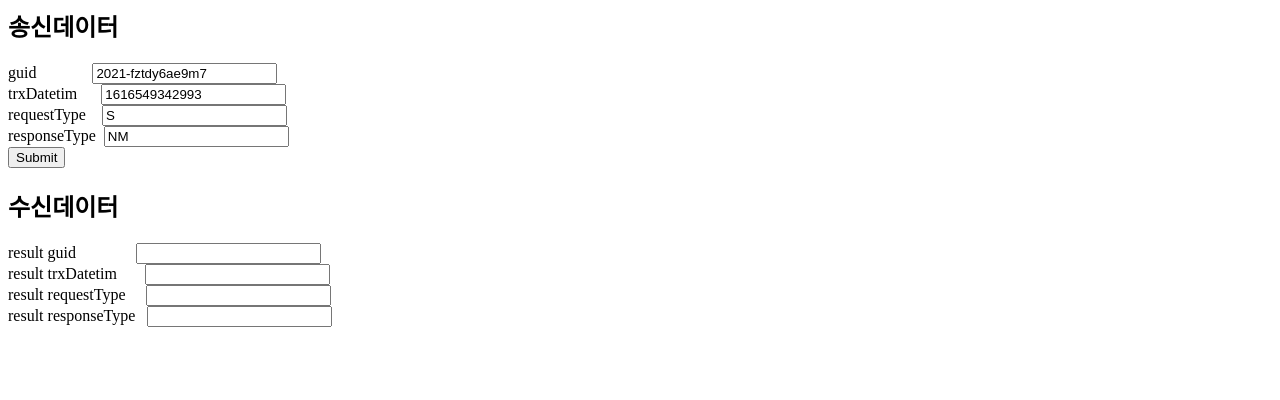
Repository: kchan75/kakaobank
Page: inserver/src/main/resources/static/index.html
An editor plug-in stored every save of this project. The page is shown before and after the next save, followed by the edit.
The browser window is 1280 px wide. The pictures show the whole page.

Above is the page before, as saved 2021-03-24 09:47:26.
Console error: SyntaxError: missing ) after argument list

### inserver/src/main/resources/static/index.html
<html>
<head>
<title>test</title>
<script language="javascript">
	function setData(){
		  var time= new Date(); //시간받기위해서 new date
		  document.getElementById("trxDatetim").value=time.getTime();
		  document.getElementById("guid").value=time.getFullYear() + "-"+  Math.random().toString(36).substr(2,11);
		}
</script>
</head>

<body >
	<h2>송신데이터</h2>
	<div id="sendCommon"></div>
	<div id="sendbiz"></div>


	<form id="formElem">
		<label> guid&nbsp; &nbsp; &nbsp; &nbsp; &nbsp;&nbsp; &nbsp;&nbsp; </label><input type="text" name="guid" id="guid" value="2021-fztdy6ae9m7">
		<br/>
		<label> trxDatetim &nbsp; &nbsp;&nbsp; </label> <input type="text" name="trxDatetim" id="trxDatetim" value="1616549342993">
		<br/>
		<label> requestType&nbsp; &nbsp; </label> <input type="text" name="requestType" value="S">
		<br/>
		<label> responseType&nbsp;  </label> <input type="text" name="responseType" value="NM">
		<br/>
		<input type="submit" onclick="setData()">
	</form>

	<h2>수신데이터</h2>
	<div id="resCommon"></div>
	<div id="resBiz"></div>
	<div id="resBizout"></div>
	<form id="formElem2">
		<label> result guid&nbsp;&nbsp;&nbsp;&nbsp;&nbsp;&nbsp; &nbsp; &nbsp; &nbsp;&nbsp;&nbsp;&nbsp;</label><input type="text" name="rGuid" id="rGuid" value="">
		<br/>
		<label> result trxDatetim &nbsp;&nbsp;&nbsp;&nbsp;&nbsp;</label> <input type="text" name="rTrxDatetim" id="rTrxDatetim" value="">
		<br/>
		<label> result requestType &nbsp; &nbsp; </label> <input type="text" name="rRequestType" id="rRequestType" >
		<br/>
		<label> result responseType &nbsp;  </label> <input type="text" name="rResponseType" id="rResponseType">
		<br/>
	</form>

</body>

<script>
    formElem.onsubmit = async (e) => {
      e.preventDefault();
      var form = document.querySelector("#formElem");
     // var form = document.forms[0];


        data = {
          "common":
          {
        	  guid : form.querySelector('input[name="guid"]').value,
        	  trxDatetim : form.querySelector('input[name="trxDatetim"]').value,
        	  requestType : form.querySelector('input[name="requestType"]').value,
        	  responseType : form.querySelector('input[name="responseType"]').value
          },
	      "biz":
	      {
	      	  service : "testService",
	      	  inputData : "INDATA",
	      	  outputData : "OUTDATA"
	      }
        }
		document.querySelector("#sendCommon").innerText=JSON.stringify(data.common)
		document.querySelector("#sendBiz").innerText=JSON.stringify(data.biz)

        let response = fetch('http://'$In.host$':8080/kchan', {
                method: 'POST', // or 'PUT'
                headers: {
                    'Content-Type': 'application/json',
                    'Access-Control-Allow-Origin':'*'
                },
                body: JSON.stringify(data),
        }).then(response => response.json())
          .then(data => {
        	  //document.querySelector("#div").innerHTML = data;
        	  //console.log(data.common.guid);
        	  //console.log(data.common.trxDatetim);
        	  //console.log(data.common.requestType);
        	  //console.log(data.common.responseType);
        	  document.getElementById("rGuid").value=data.common.guid
        	  document.getElementById("rTrxDatetim").value=data.common.trxDatetim
        	  document.getElementById("rRequestType").value=data.common.requestType
        	  document.getElementById("rResponseType").value=data.common.responseType
        	  document.querySelector("#resCommon").innerText=JSON.stringify(data.common)
        	  //document.querySelector("#resBiz").innerText=JSON.stringify(data.biz)
        	  document.querySelector("#resBizout").innerText=JSON.stringify(data.bizout)

          })

    };
</script>
</html>

After the next save:
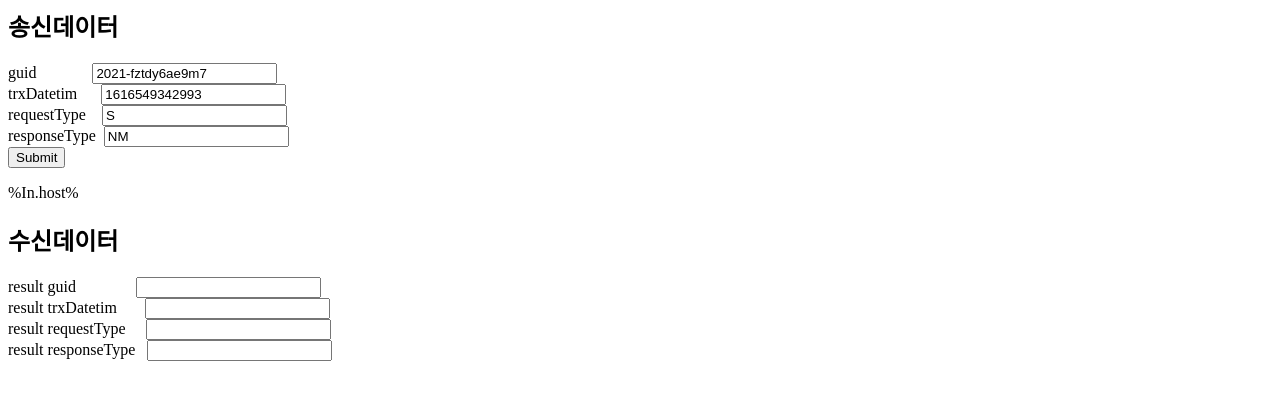
Saved 35 s later.
--- a/inserver/src/main/resources/static/index.html
+++ b/inserver/src/main/resources/static/index.html
@@ -27,7 +27,7 @@
 		<br/>
 		<input type="submit" onclick="setData()">
 	</form>
-
+	<p>%In.host%</p>
 	<h2>수신데이터</h2>
 	<div id="resCommon"></div>
 	<div id="resBiz"></div>
